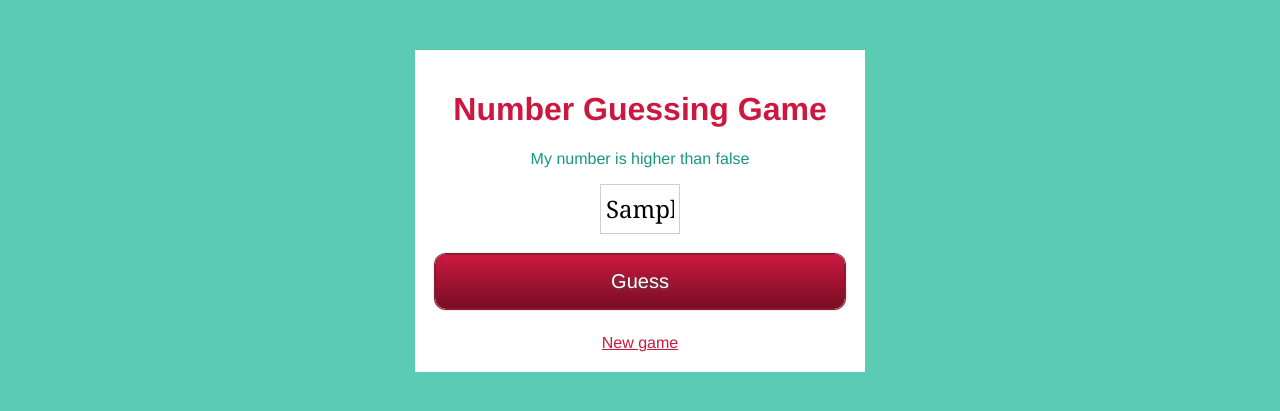
Repository: apopheny/JS230
Page: numberguesser.html
The author's editor kept a copy of each file at every save. The page is drawn from the files as they stood at one save, then again after the next save.
The browser window is 1280 px wide. The pictures show the whole page.
Empty fields were first filled with sample values (such as "Sample", 5 or name@example.com).
After loading, the first visible `form` was submitted once.

Above is the page before, as saved 2024-01-25 17:36:45.

### numberguesser.html
<!DOCTYPE html>
<html lang="en">
<head>
  <meta charset="UTF-8">
  <meta name="viewport" content="width=device-width, initial-scale=1.0">
  <link rel="stylesheet" href="./numberguesser.css">
  <script src="./numberguesser.js"></script>
  <title>
    Number Guesser
  </title>
</head>
<body>
  <main>
    <h1>Number Guessing Game</h1>
    <p>Loading...</p>
    <form action="" method="get">
      <fieldset>
        <input type="text" id="guess" maxlength="3" />
        <input type="submit" value="Guess" />
      </fieldset>
    </form>
    <a href="#">New game</a>
  </main>
</body>
</html>

### numberguesser/numberguesser.css
html, body {
  padding: 25px 0;
  margin: 0;
  font: normal 16px Helvetica, Arial, sans-serif;
  text-align: center;
  color: #16997c;
  background: #5bccb3;
}

main {
  display: block;
  max-width: 450px;
  padding: 20px;
  margin: 0 auto;
  background: #ffffff;
  box-sizing: border-box;
}

h1 {
  color: #CC183E;
}

fieldset {
  padding: 0 0 25px 0;
  margin: 0;
  border: none;
}

input[type="text"] {
  width: 80px;
  height: 50px;
  padding: 5px;
  margin: 0 0 20px 0;
  font: normal 24px Georgia, Palatino, serif;
  text-align: center;
  border: 1px solid #cecece;
  box-sizing: border-box;
}

input[type="submit"].disabled {
  display: block;
  width: 100%;
  padding: 15px 0;
  font: normal 20px Helvetica, Arial, sans-serif;
  color: #ffffff;
  text-shadow: 1px 1px 5px rgba(80, 80, 80, .8);
  border: 1px solid #000000;
  box-shadow: 0 0 1px 1px #000000;
  border-radius: 11px;
  background: linear-gradient(to bottom, #d9cccf 0%, #302d2d 100%);
}

input[type="submit"] {
  display: block;
  width: 100%;
  padding: 15px 0;
  font: normal 20px Helvetica, Arial, sans-serif;
  color: #ffffff;
  text-shadow: 1px 1px 5px rgba(80, 80, 80, .8);
  border: 1px solid #91112C;
  box-shadow: 0 0 1px 1px #780e24;
  border-radius: 11px;
  background: linear-gradient(to bottom, #CC183E 0%, #780E24 100%);
}



a { color: #cc183e; }

### numberguesser.js
function eventDelegator () {
  function newHiddenNumber () {
    return Math.floor(Math.random() * 100) + 1;
  }

  function validateGuess (userInput) {
    if (String(parseInt(userInput, 10)) === userInput) return true;
    return false;
  }

  let answer = newHiddenNumber();
  let userGuessNode = document.body.querySelector('input#guess');
  const resultArea = document.body.querySelector('main p');

  function guessAndReply (event) {
    event.preventDefault();

    let guess = validateGuess(userGuessNode.value) && parseInt(userGuessNode.value, 10);

    let message;

    if (guess === answer) message = 'You guessed it!';
    else if (guess < answer) message = `My number is higher than ${guess}`;
    else if (guess > answer) message = `My number is lower than ${guess}`;
    else message = 'Cheater, cheater! You didn\'t guess a number!';

    resultArea.textContent = message;
  }

  const guessForm = document.body.querySelector('main form');
  guessForm.addEventListener('submit', guessAndReply);

  function newGame (event) {
    event.preventDefault();
    resultArea.textContent = 'Guess a number from 1-100:';
    answer = newHiddenNumber();
  }
  const newGameLink = document.body.querySelector('main a');
  newGameLink.addEventListener('click', newGame);
}

document.addEventListener('DOMContentLoaded', eventDelegator);

After the next save:
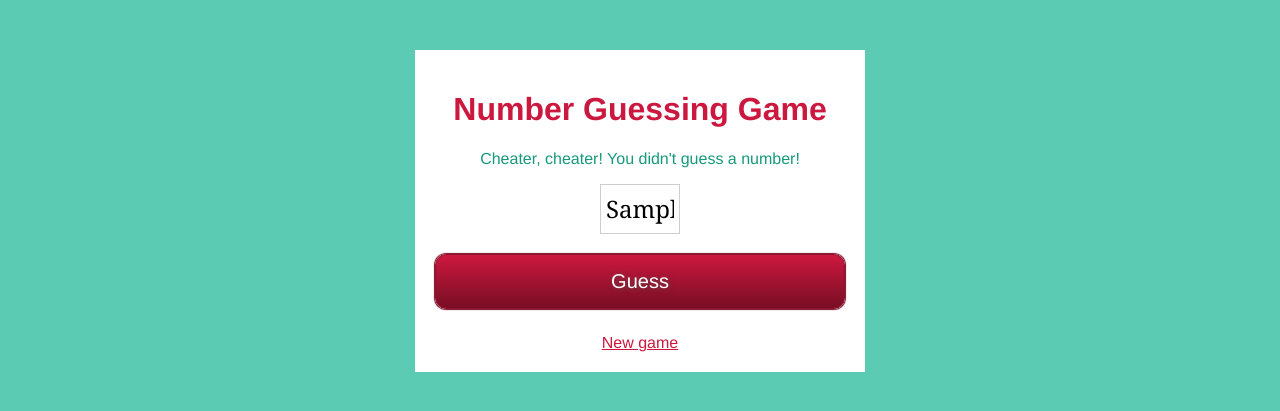
Saved 43 min 51 s later.
--- a/numberguesser.js
+++ b/numberguesser.js
@@ -19,10 +19,10 @@ function eventDelegator () {
 
     let message;
 
-    if (guess === answer) message = 'You guessed it!';
+    if (!guess) message = 'Cheater, cheater! You didn\'t guess a number!';
+    else if (guess === answer) message = 'You guessed it!';
     else if (guess < answer) message = `My number is higher than ${guess}`;
-    else if (guess > answer) message = `My number is lower than ${guess}`;
-    else message = 'Cheater, cheater! You didn\'t guess a number!';
+    else message = `My number is lower than ${guess}`;
 
     resultArea.textContent = message;
   }
